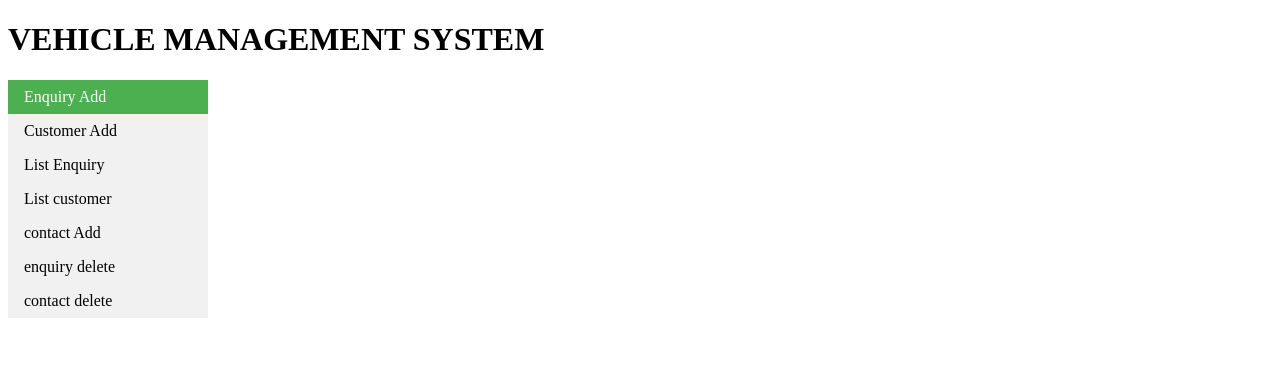
Repository: karthik-H/vms
Page: http://localhost/vms/home.jsp
These files come from the project's save history. The page is drawn as it stood at one moment and after the next save; the edit follows.
The browser window is 1280 px wide. The pictures show the whole page.
The page is served by Tomcat 9.

Above is the page before, as saved 2019-01-26 12:25:12.

After the next save:
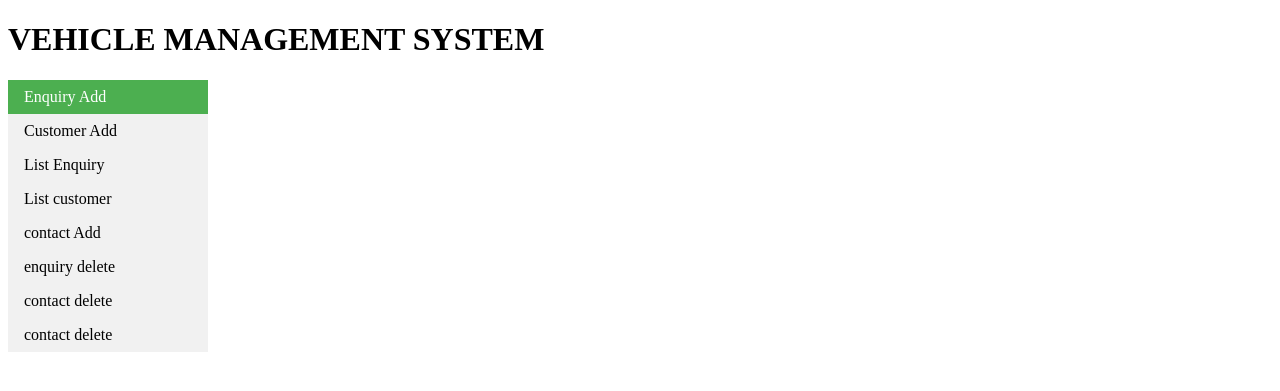
Saved 37 s later.
--- a/Vehicle/vms/src/main/webapp/home.jsp
+++ b/Vehicle/vms/src/main/webapp/home.jsp
@@ -42,6 +42,7 @@ li a:hover:not(.active) {
 <li><a href="contact-add.jsp">contact Add</a></li>
 <li><a href="enquiry-delete.jsp">enquiry delete</a></li>
 <li><a href="contact-delete.jsp">contact delete</a></li>
+<li><a href="customer-update.jsp">contact delete</a></li>
 </ul>
 </body>
 </html>
